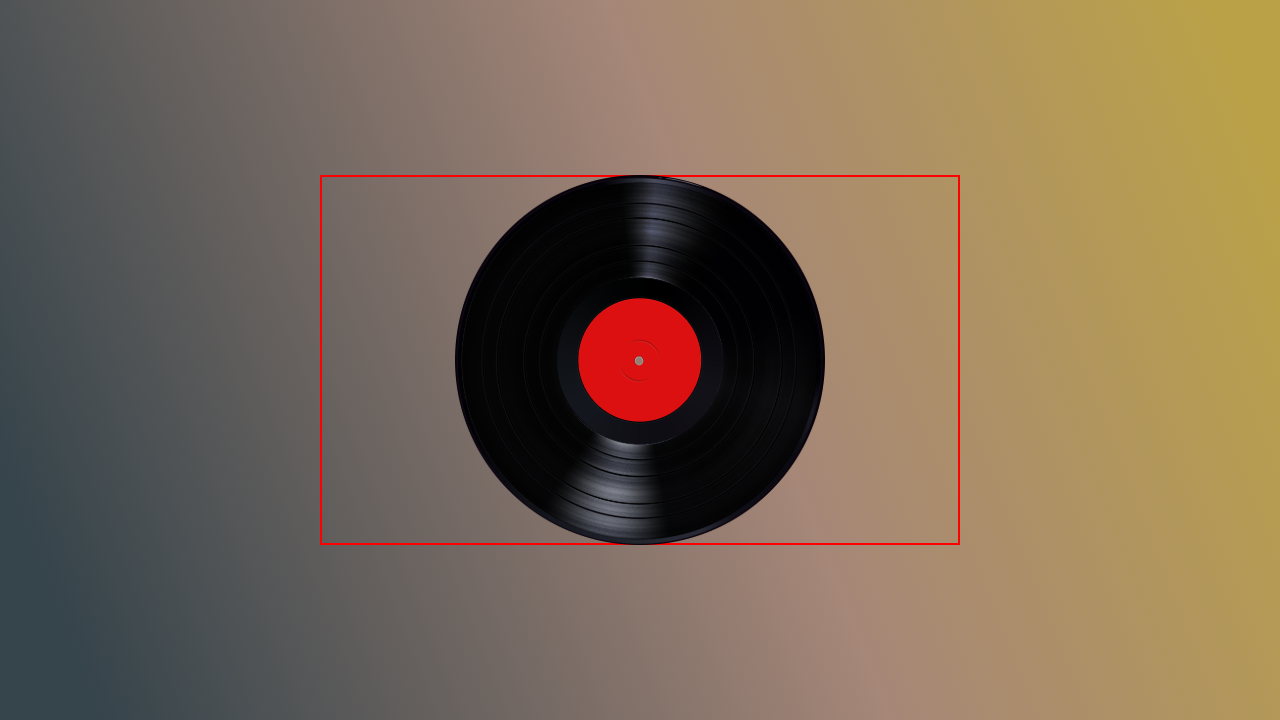
Repository: julianm09/revolve-app
Page: /
These files come from the project's save history. The page is drawn as it stood at one moment and after the next save; the edit follows.
The browser window is 1280 px wide. The pictures show the whole page.
The project was rebuilt for these pictures with package versions that can differ from the ones it lists, and the page was loaded fresh each time. The framework's server and built-in components were replaced by stand-ins that run in the browser. Also part of the build but not shown: next.config.js, data/albums.js, comps/AlbumGrid/index.js, comps/MainButton/index.js, comps/NowPlaying/index.js, comps/TrackLoop/index.js.

Above is the page before, as saved 2021-10-07 17:56:49.

### pages/index.js
import Head from "next/head";
import Image from "next/image";
import styled from "styled-components";
import { useState } from "react";
import AlbumGrid from "@/comps/AlbumGrid";
import NowPlaying from "@/comps/NowPlaying";
import TrackLoop from "@/comps/TrackLoop";
import { useRouter } from 'next/router';
import Logo from "@/comps/LogoMain";


const Main = styled.div`
  display:flex;
  flex-direction:column;
  background:linear-gradient(248.52deg, #BAA148 4.79%, #A68778 42.94%, #36444B 93.48%);
  width:100vw;
  height:100vh;
`


export default function Home() {
  const router = useRouter();


  return (<Main className="main">
    {/* <Logo onClick={() => router.push('/')}/> */}
    {/* <TrackLoop/>
    <NowPlaying /> */}
    <Logo />
  </Main>


  );
}

### styles/globals.css
@import url('https://fonts.googleapis.com/css2?family=Nunito:wght@700&display=swap');
@import url('https://fonts.googleapis.com/css2?family=Nunito:wght@400;700&display=swap');

html,
body {
  padding: 0;
  margin: 0;
  font-family: -apple-system, BlinkMacSystemFont, Segoe UI, Roboto, Oxygen,
    Ubuntu, Cantarell, Fira Sans, Droid Sans, Helvetica Neue, sans-serif;
}

a {
  color: inherit;
  text-decoration: none;
}

* {
  box-sizing: border-box;
}

@keyframes spin {
  0% { transform: rotate(0deg); }
  100% { transform: rotate(360deg); }
}

@media only screen and (min-width: 769px) {

  .main {
    justify-content:center;
    align-items:center;
  }

  .now-playing {
    display:flex;
    flex-direction: row;
  }

  .left {
    flex:2;
    justify-content:flex-start;
    align-items:flex-start;
  }

  .album {
    width:30vw;
    min-width:170px;
    max-width:370px;
    max-height:370px;
  }

  .record {
    width:30vw;
    min-width:170px;
    max-width:370px;
    max-height:370px;
    left:-15vw;
  }

  .star-cont {
    display: flex;
    justify-content: space-between;
    align-items: flex-start;
    width:100%;
  }

  p {
    font-size: 1.5rem;
  }
}

@media only screen and (min-width: 601px) and (max-width: 768px) {

  .main {
    padding-top: 5vh;
    justify-content: flex-start;
    align-items: center;
  }

  .now-playing {
    display:flex;
    flex-direction: column;
  }

  .left {
    flex:1;
    justify-content:flex-start;
    align-items:center;
    margin-bottom: 5vh;
  }

  .album {
    width:30vw;
    min-width:170px;
    max-width:200px;
    max-height:200px;
  }

  .record {
    width:30vw;
    min-width:170px;
    max-width:200px;
    max-height:200px;
    left:-15vw;
  }

  .star-cont {
    display: flex;
    justify-content: space-between;
    align-items: flex-start;
    width:50%;
  }

  p {
    font-size: 1.2rem;
  }

}

@media only screen and (max-width: 600px){

  .main {
    justify-content:center;
    align-items:center;
  }

  .now-playing {
    display:flex;
    flex-direction: column;
  }

  .left {
    flex:1;
    justify-content:flex-start;
    align-items:center;
    margin-bottom: 5vh;
  }

  .album {
    width:100%;
    min-width:170px;
    max-width:370px;
    max-height:370px;
  }

  .record {
    width:100%;
    min-width:170px;
    max-width:370px;
    max-height:370px;
    left:-20vw;
  }

  .star-cont {
    display: flex;
    justify-content: space-between;
    align-items: flex-start;
    width:100%;
  }

  p {
    font-size: 1.2rem;
  }
}

/* Trackloop */

#rssBlock{
  left:0px;
  top:10px;
  height: 80px;
  position: absolute;
  width:100%;
  overflow: hidden;
}

/*remove p*/
.cnnContents {
  width:100%;
  padding-top: 20px;
  margin:0 auto;
  font-size: 30px;
  white-space: nowrap;
  font-family: 'Nunito', sans-serif;
  font-weight: 300;
  color: white;
}

.marqueeStyle {
  display:inline-block;
  /* Apply animation to this element */
  -webkit-animation: scrolling-left1 20s linear infinite;
  animation: scrolling-left1 20s linear infinite;
}

.marqueeStyle2 {
  display:inline-block;
  /* Apply animation to this element */
  -webkit-animation: scrolling-left2 20s linear infinite;
  animation: scrolling-left2 20s linear infinite;
  animation-delay: 10s;
}
/* scrolling-left is continuous/repeatly text */
@keyframes scrolling-left1 {
    0% {transform: translateX(100%);
        -webkit-transform: translateX(100%);}
      100% {transform: translateX(-100%);
          -webkit-transform: translateX(-100%);}
}
@keyframes scrolling-left2 {
    0% {transform: translateX(0%);
        -webkit-transform: translateX(0%);}
      100% {transform: translateX(-200%);
          -webkit-transform: translateX(-200%);}
}

@-webkit-keyframes scrolling-left1 {
    0% {-webkit-transform: translateX(100%);}
      100% {-webkit-transform: translateX(-100%);}
}
@-webkit-keyframes scrolling-left2 {
    0% {-webkit-transform: translateX(0%);}
      100% {-webkit-transform: translateX(-200%);}
}

### comps/LogoMain/index.js
import React from "react";
import styled from "styled-components";

const LogoCont = styled.div`
    display:flex;
    align-items:center;
    justify-content:center;
    flex-direction:column;
    width:50%;
    max-width:1100px;
    border: 2px solid red;

`;

const LogoImg = styled.img`

`;

const Logo = () => {
    return (
        <LogoCont className="record">
            <LogoImg className="record" src="./record.svg" />
        </LogoCont>
    );
}

export default Logo;

Loaded but not shown: pages/_app.js (common file); pages/_document.js (common file)

After the next save:
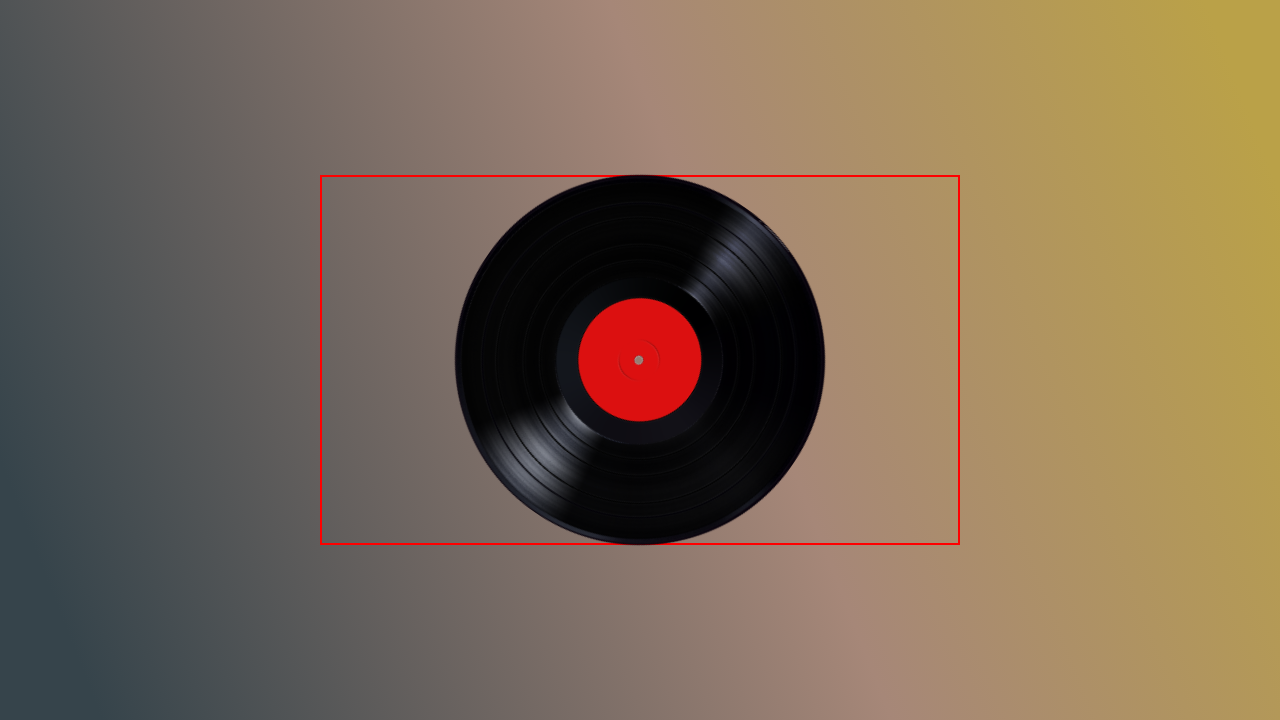
Saved 5 s later.
--- a/comps/LogoMain/index.js
+++ b/comps/LogoMain/index.js
@@ -13,6 +13,7 @@
 `;
 
 const LogoImg = styled.img`
+animation: spin 5s linear infinite;
 
 `;
 
